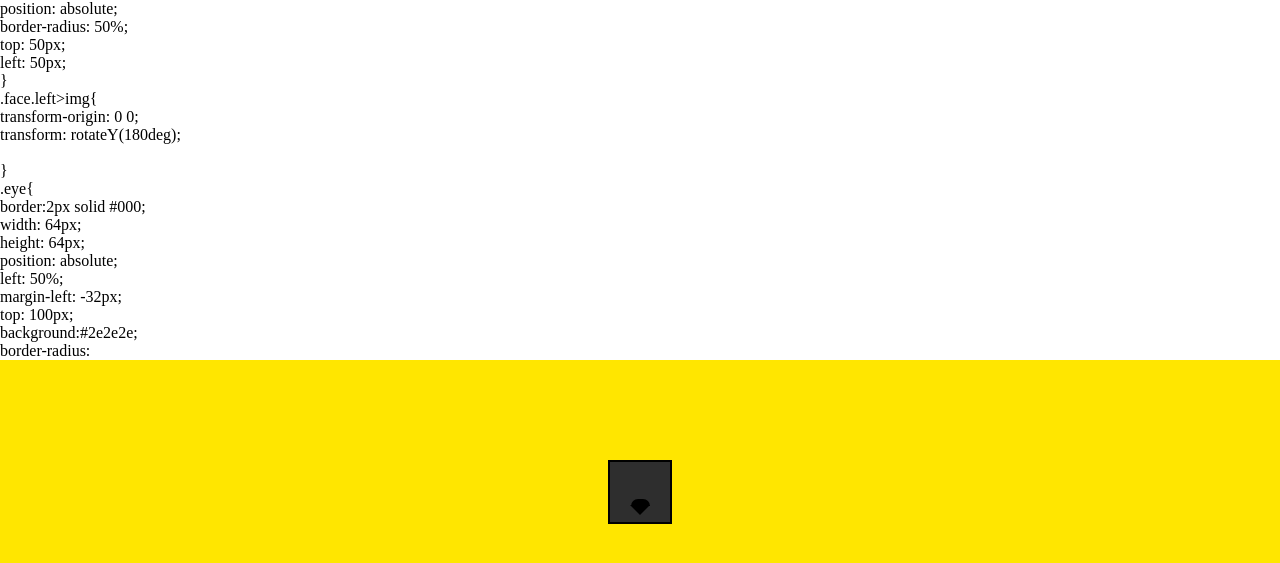
Repository: chenguocan/Pokemon
Page: src/test.html
The author's editor kept a copy of each file at every save. The page is drawn from the files as they stood at one save, then again after the next save.
The browser window is 1280 px wide. The pictures show the whole page.
An inner scrolling area shows only its first screen.

Above is the page before, as saved 2020-08-16 18:12:31.

### src/test.html
<!DOCTYPE html>
<html lang="en">

<head>
    <meta charset="UTF-8">
    <meta name="viewport" content="width=device-width, initial-scale=1.0">
    <title>Document</title>
    <style>
        #demo2 {
            display: none;
        }

        #demo {
            position: fixed;
            height: 50vh;
            top: 0;
            left: 0;
            width: 100%;
            overflow-y: auto;
        }

        #demo::-webkit-scrollbar {
            display: none;
        }

        #html {
            position: fixed;
            bottom: 0;
            left: 0;
            width: 100%;
            height: 50vh;
        }
    </style>
</head>

<body>
    <div id="demo"></div>
    <style id="demo2"></style>
    <div id="html">
        <div class="skin">
            <div class="eye left"></div>
            <div class="eye right"></div>
            <div class="nose">
                <div class="yuan"></div>
            </div>
            <div class="face left">
                <img src="./images/3.gif" alt="">
            </div>
            <div class="face right">
                <img src="./images/3.gif" alt="">
            </div>
            <div class="mouth">
                <div class="up">
                    <div class="lip left"></div>
                    <div class="lip right"></div>
                </div>
                <div class="down">
                    <div class="yuan1">
                        <div class="yuan2"></div>
                    </div>
                </div>
            </div>
        </div>
    </div>
    <script src="test.js"></script>
</body>

</html>

### src/test.js
let n = 1;
const string = `
*{
    box-sizing: border-box;
    margin: 0;
    padding: 0;
}
*::after{
    box-sizing: border-box;
}
*::before{
    box-sizing: border-box;
}
.skin{
    position: relative;
    background:#ffe600;
    height: 100vh;
}
.nose{
    border: 10px solid;
    border-color:black transparent transparent transparent;
    width: 0px;
    height: 0px;
    position: relative;
    left: 50%;
    top: 145px;
    margin-left: -10px;
    z-index: 10;
}
@keyframes wave{
    0%{
        transform: rotate(0deg);
    }
    33%{
        transform: rotate(5deg);
    }
    66%{
        transform: rotate(-5deg);
    }
    100%{
        transform: rotate(0deg);
    }
}
.nose:hover{
    transform-origin: 50% 100%;
    animation:wave 500ms infinite;
}
.yuan{
    position: absolute;
    width: 18.5px;
    height: 7px;
    background:black;
    top:-16px;
    left:-9px;
    border-radius:14px 14px 0 0;
}
.face>img{
    position: absolute;
    border-radius: 50%;
    top: 50px;
    left: 50px;
}
.face.left>img{
    transform-origin: 0 0;
    transform: rotateY(180deg);

}
.eye{
    border:2px solid #000;
    width: 64px;
    height: 64px;
    position: absolute;
    left: 50%;
    margin-left: -32px;
    top: 100px;
    background:#2e2e2e;
    border-radius: 50%;
}
.eye::before{
    content:"";
    display: block;
    border:3px solid white;
    width: 25px;
    height: 25px;
    border-radius: 50%;
    background:#fff;
    position: relative;
    left: 8px;
    top:2px;
}
.left{
    transform: translateX(-100px);
}
.right{
    transform: translateX(100px);
}
.mouth{
    width:200px;
    height: 200px;
    position: absolute;
    left: 50%;
    top:170px;
    margin-left: -100px;
}
.mouth .up{
    position: relative;
    top: -7px;
}
.mouth .up .lip{
    border:5px solid black;
    height: 30px;
    width:100px;
     background:#ffe600;
    border-top-color:transparent ;
    border-right-color: transparent;
    left: 50%;
    margin-left: -50%;
    z-index: 1;
}
.mouth .up .lip.left{
    border-radius: 0 0 0 50px;
    position: relative;
    transform: rotate(-20deg);
    position: absolute;
}
.mouth .up .lip.left::before{

    right: -6px;

}
.mouth .up .lip::before{
    content:"";
    display: block;
    width: 7px;
    height: 30px;
    position: absolute;
    bottom: 0;
    background:#ffe600;
}
.mouth .up .lip.right{
    border-radius: 0 0 50px 0;
    position: relative;
    transform: rotate(20deg) translateX(48px) translateY(-18px);
    position: absolute;
    left: 50%;
    margin-left: -50px;
}
.mouth .up .lip.right::before{

    left: -6px;

}
.mouth .down{
    height: 180px;
    position: absolute;
    top:0px;
    width: 100%;
    overflow:hidden;
}
.mouth .down .yuan1{
    border:3px solid black;
    height: 1000px;
    width: 150px;
    border-radius: 75px/300px;
    position: absolute;
    bottom: 0;
    left: 50%;
    margin-left: -75px;
    background:#9b000a;
    overflow: hidden;
}
.mouth .down .yuan1 .yuan2{

    background: #ff485f;
    height: 300px;
    width: 200px;
    position: absolute;
    bottom:-155px;
    left: 50%;
    margin-left: -100px;
    border-radius: 120px;
}
.face{
    position: absolute;
    left: 50%;
    border:3px solid black;
    width: 88px;
    height: 88px;
    top:200px;
    margin-left: -44px;
    z-index:3;
}
.face .left{
    transform: translateX(-200px);
    background:#ff0000;
    border-radius: 50%;
}
.face.left{
    transform: translateX(-200px);
    background:#ff0000;
    border-radius: 50%;
}
.face.right{
    transform: translateX(200px);
    background:#ff0000;
    border-radius: 50%;
}

`
const demo2 = document.querySelector("#demo2");
const demo = document.querySelector("#demo");
demo.innerText = string.substr(0, n);
demo2.innerHTML = string.substr(0, n);
let id = setInterval(() => {
    n += 1;
    if (n > string.length) {
        window.clearInterval(id);
        return
    }
    demo.innerText = string.substr(0, n);
    demo2.innerHTML = string.substr(0, n);
    demo.scrollTop = demo.scrollHeight;
    console.log(string);
}, 1)

After the next save:
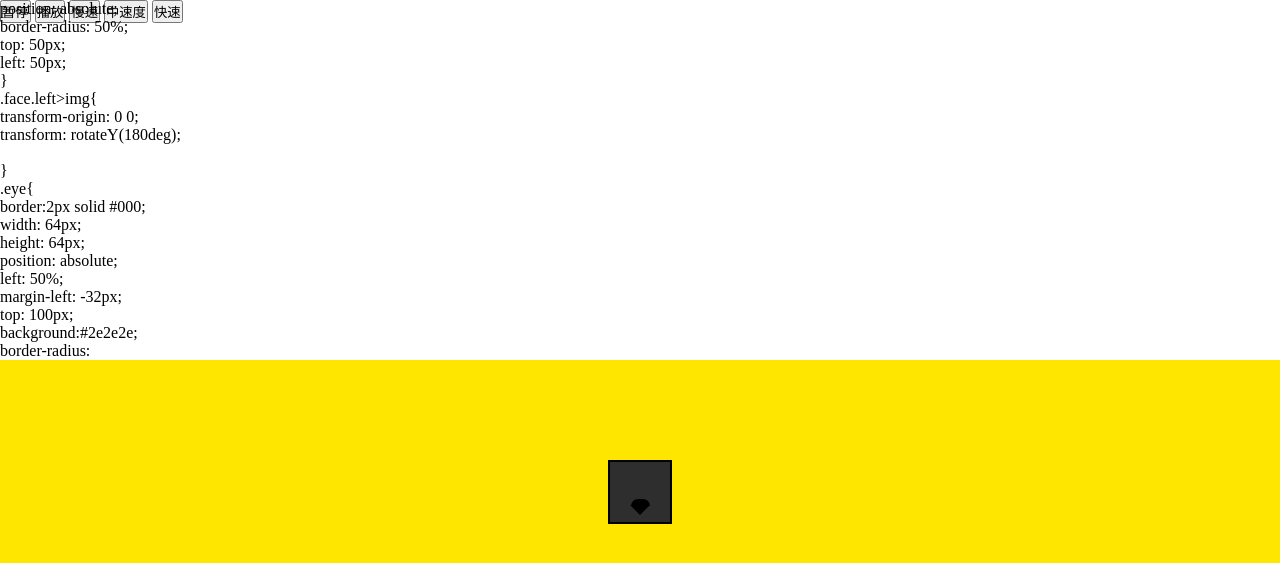
Saved 86 s later.
--- a/src/test.html
+++ b/src/test.html
@@ -36,6 +36,14 @@
 <body>
     <div id="demo"></div>
     <style id="demo2"></style>
+    <div id="buttons">
+        <button>暂停</button>
+        <button>播放</button>
+        <button>慢速</button>
+        <button>中速度</button>
+        <button>快速</button>
+    </div>
+
     <div id="html">
         <div class="skin">
             <div class="eye left"></div>
